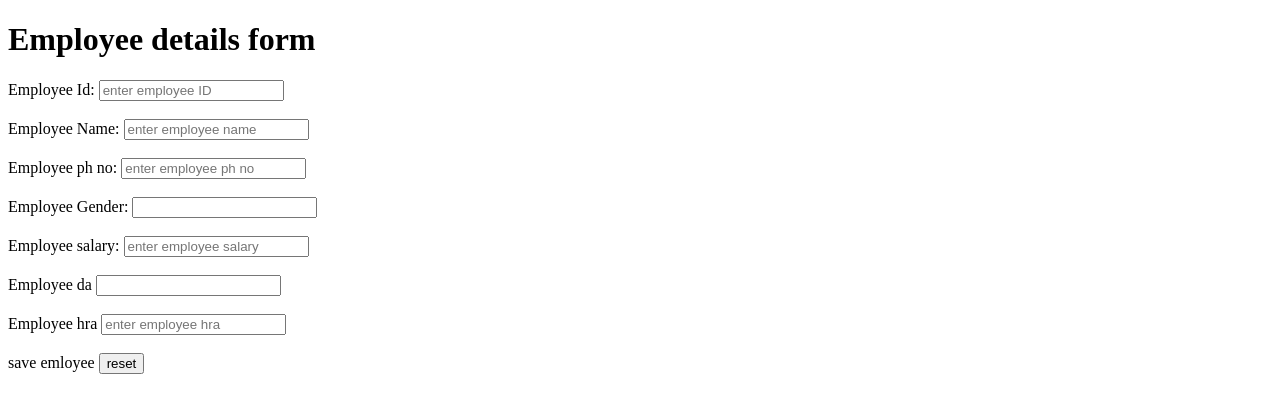
Repository: sowjanya6304/jetteboina
Page: http://localhost/add-Employee
These files come from the project's save history. The page is drawn as it stood at one moment and after the next save; the edit follows.
The browser window is 1280 px wide. The pictures show the whole page.
The page is this project's Thymeleaf template; nobody is signed in. The template is opened directly, without the code that normally fills it, so the values that code supplies are empty.

Above is the page before, as saved 2024-12-22 12:08:47.

### springbootmvc2/src/main/resources/templates/add-Employee.html
<!DOCTYPE html>
<html>
	<head>
		<title>Employee form </title>
	</head>
	<body>
		<h1>Employee details form</h1>
		<form th:action="@{/submitemployee}" method="post">
			<label>Employee Id:</label>
			<input type="number" name="id" placeholder="enter employee ID" required><br><br>

			<label>Employee Name:</label>
			<input type="text" name="name" placeholder="enter employee name" required><br><br>

			<label>Employee ph no:</label>
			<input type="number" name="ph no" placeholder="enter employee ph no" required><br><br>

			<label>Employee Gender:</label>
			<input type="text" name="gender"  required><br><br>

			<label>Employee salary:</label>
			<input type="number" name="salary" placeholder="enter employee salary" required><br><br>

			<label>Employee da</label>
			<input type="number" name="da"plcaeholder="enter employee da" required><br><br>

			<label>Employee hra</label>
			<input type="number"name="hra"placeholder="enter employee hra" required><br><br>

			<buttonbutton type="submit" >save emloyee</button>
			<button type="reset">reset</button>
		</form>
	</body>
</html>

After the next save:
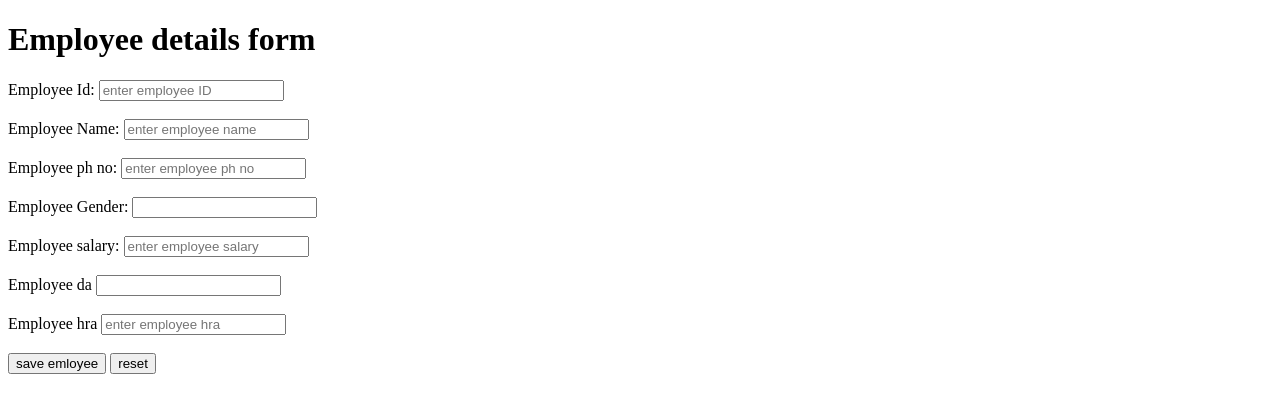
Saved 3 min 35 s later.
--- a/springbootmvc2/src/main/resources/templates/add-Employee.html
+++ b/springbootmvc2/src/main/resources/templates/add-Employee.html
@@ -27,7 +27,7 @@
 			<label>Employee hra</label>
 			<input type="number"name="hra"placeholder="enter employee hra" required><br><br>
 
-			<buttonbutton type="submit" >save emloyee</button>
+			<button type="submit" >save emloyee</button>
 			<button type="reset">reset</button>
 		</form>
 	</body>
